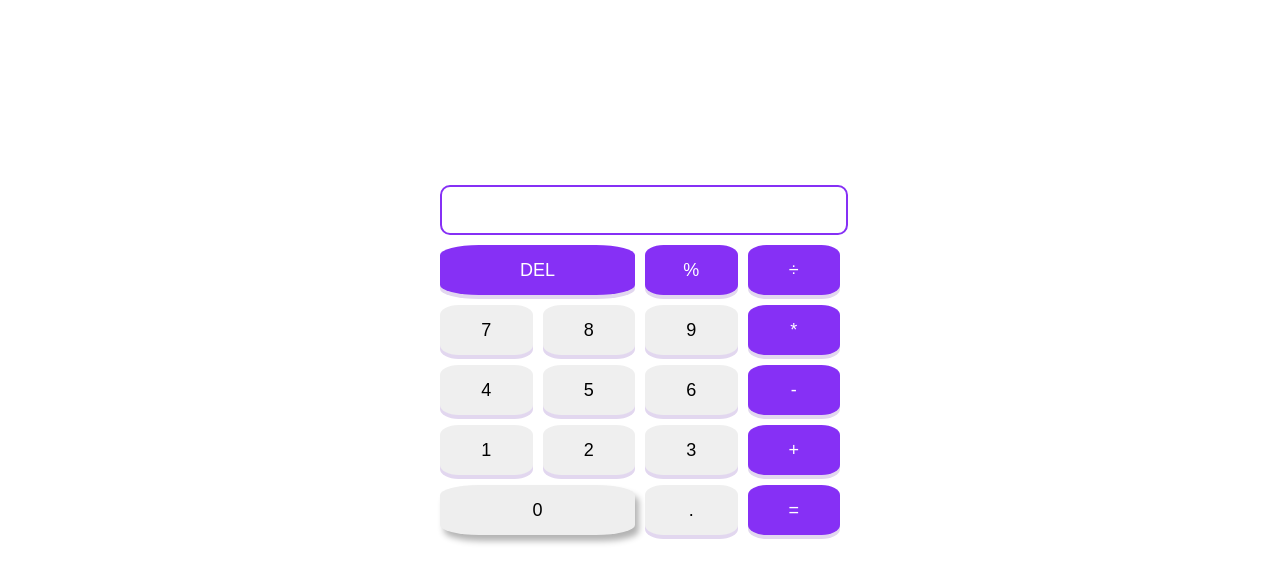
Repository: zlazlazla35/calculator
Page: /
The author's editor kept a copy of each file at every save. The page is drawn from the files as they stood at one save, then again after the next save.
The browser window is 1280 px wide. The pictures show the whole page.
The project was rebuilt for these pictures with package versions that can differ from the ones it lists, and the page was loaded fresh each time.

Above is the page before, as saved 2024-10-15 16:17:28.

### public/index.html
<!DOCTYPE html>
<html lang="en">
  <head>
    <meta charset="utf-8" />
    <link rel="icon" href="%PUBLIC_URL%/favicon.png" />
    <meta name="viewport" content="width=device-width, initial-scale=1" />
    <meta name="theme-color" content="#000000" />
    <meta
      name="description"
      content="Web site created using create-react-app"
    />
    <link rel="apple-touch-icon" href="%PUBLIC_URL%/logo192.png" />
    <!--
      manifest.json provides metadata used when your web app is installed on a
      user's mobile device or desktop. See https://developers.google.com/web/fundamentals/web-app-manifest/
    -->
    <link rel="manifest" href="%PUBLIC_URL%/manifest.json" />
    <!--
      Notice the use of %PUBLIC_URL% in the tags above.
      It will be replaced with the URL of the `public` folder during the build.
      Only files inside the `public` folder can be referenced from the HTML.

      Unlike "/favicon.ico" or "favicon.ico", "%PUBLIC_URL%/favicon.ico" will
      work correctly both with client-side routing and a non-root public URL.
      Learn how to configure a non-root public URL by running `npm run build`.
    -->
    <title>계산기</title>
  </head>
  <body>
    <noscript>You need to enable JavaScript to run this app.</noscript>
    <div id="root"></div>
    <!--
      This HTML file is a template.
      If you open it directly in the browser, you will see an empty page.

      You can add webfonts, meta tags, or analytics to this file.
      The build step will place the bundled scripts into the <body> tag.

      To begin the development, run `npm start` or `yarn start`.
      To create a production bundle, use `npm run build` or `yarn build`.
    -->
  </body>
</html>

### src/App.js
import styled from "styled-components";
import './App.css';
import {  useEffect, useRef, useState } from 'react';

let Calculating = styled.div`
  width : 100%;
  margin : 0 auto;
`

let Btnbox = styled.div`
  width : 100%
  background-color: #fff;
  font-size : 18px;
  border-radius: 35%;
  display: grid;
  grid-template-columns: repeat(4, 1fr);
  gap : 10px 10px;
`

let Btn = styled.button`
  width : 100%;
  background-color: ${ props => props.bg };
  color : ${props =>  props.bg == '#8630f5' ? '#fff' :  '#000'  };
  font-size : 18px;
  border-radius: 20%;
  height : 50px;
  border: none;
  box-shadow:0px 4px 0px #e2d7ef;
  transition-duration: 0.3s;
`

let ZeroBtn = styled.button`
  width : 100%;
  background-color: #eee;
  font-size : 18px;
  border-radius: 20%;
  height : 50px;
  border: none;
  box-shadow: 4px 6px 6px rgba(0, 0, 0, 0.3);
  grid-column: 1/3;
  transition-duration: 0.3s;
`




function App() {

  const [num, setNum] = useState("");
  const [afterNum, setAfterNum] = useState("");

  const [oper, setOper] = useState("");
  const [oper2, setOper2] = useState(false);
  const output = useRef();
  const active = `active`



  const getNum = (e)=>{
    if(oper2 == false){
      setNum( (prev) => prev + e.target.value );
    }

    if(oper2 == true){
      setAfterNum( (prev) => prev + e.target.value  )
    }

  }

  const getOper = (e)=>{
    setOper( () => e.target.value );
    setOper2(true);

      calResult();
      click(e.target )
  }


  const calResult = ()=>{
    switch(oper){
      case '+':
        let result = num
        result =  Number(num) + Number(afterNum)
        setNum(result);
        setAfterNum("")
        break;

      case '-':
        let result2 = num
        result2 =  Number(num) - Number(afterNum)
        setNum(result2)
        setAfterNum("")
        break;

      case '*':
        let result3 = num
        result3 =  Number(num) * Number(afterNum)
        setNum(result3)
        setAfterNum("")
        break;

      case '÷':
        let result4 = num
        result4 =  Number(num) / Number(afterNum)
        setNum(result4)
        setAfterNum("")
        break;

    }

  }


  useEffect(()=>{
    if(oper == "="){
      setOper("")
    }if(oper == "del"){
      setNum("");
      setAfterNum("");
      setOper("");
      setOper2(false);
      output.current.style.color = '#fff'
    }else{
            output.current.style.color = '#232323'
    }
  }, [oper])



  // useEffect(()=>{
  //   console.log(output.current)
  // }, [output])

  function click(a){
    a.classList.add(active);
    // console.log(a.classList.add(active))
  }


  return (
    <div className="App">
      <div className="contents">
        <Calculating>
            <input className="output" ref={output} value={ num + oper  + afterNum  }/>
          <Btnbox>
            {/* <Btn value='ac' onClick={getOper} bg="#8630f5">AC</Btn> */}
            <Btn value='del' style={{gridColumn : '1/3'}} onClick={getOper} bg="#8630f5">DEL</Btn>
            <Btn value='%' onClick={getOper} bg="#8630f5">%</Btn>
            <Btn value='÷' onClick={getOper} bg="#8630f5">÷</Btn>
            <Btn value={7} onClick={getNum}>7</Btn>
            <Btn value={8} onClick={getNum}>8</Btn>
            <Btn value={9} onClick={getNum}>9</Btn>
            <Btn value='*' onClick={getOper}  bg="#8630f5">*</Btn>
            <Btn value={4} onClick={getNum}>4</Btn>
            <Btn value={5} onClick={getNum}>5</Btn>
            <Btn value={6} onClick={getNum}>6</Btn>
            <Btn value='-'  onClick={getOper}  bg="#8630f5">-</Btn>
            <Btn value={1} onClick={getNum}>1</Btn>
            <Btn value={2} onClick={getNum}>2</Btn>
            <Btn value={3} onClick={getNum}>3</Btn>
            <Btn value="+"  onClick={getOper} bg="#8630f5">+</Btn>
            <ZeroBtn value={0} onClick={getNum}>0</ZeroBtn>
            <Btn value='.' onClick={getNum}>.</Btn>
            <Btn value='='  onClick={getOper} bg="#8630f5"> =</Btn>
          </Btnbox>
        </Calculating>
      </div>
    </div>
  );
}

export default App;

// 버튼 클릭시 그 버튼한테 active 클레스명 잠깐 붙였다가 떼어주기

### src/App.css
.App {
  text-align: center;
}

.App-logo {
  height: 40vmin;
  pointer-events: none;
}

@media (prefers-reduced-motion: no-preference) {
  .App-logo {
    animation: App-logo-spin infinite 20s linear;
  }
}

.App-header {
  background-color: #282c34;
  min-height: 100vh;
  display: flex;
  flex-direction: column;
  align-items: center;
  justify-content: center;
  font-size: calc(10px + 2vmin);
  color: white;
}

.App-link {
  color: #61dafb;
}

@keyframes App-logo-spin {
  from {
    transform: rotate(0deg);
  }
  to {
    transform: rotate(360deg);
  }
}
.App {width: 100%; height: 100vh; display: flex; align-items: center; justify-content: center;}
.contents {width: 100%; max-width: 400px; }
input {width: 100%; height: 44px; margin-bottom: 10px; border: 2px solid #8630f5; border-radius: 10px;}
input:focus {outline: #8630f5; }
.active {   box-shadow: 2px 2px 0 rgb(0,0,0,0.5) !important;
  position: relative;
  top:2px;
}

Loaded but not shown: src/index.js (common file); src/index.css (common file); src/reportWebVitals.js (common file)

After the next save:
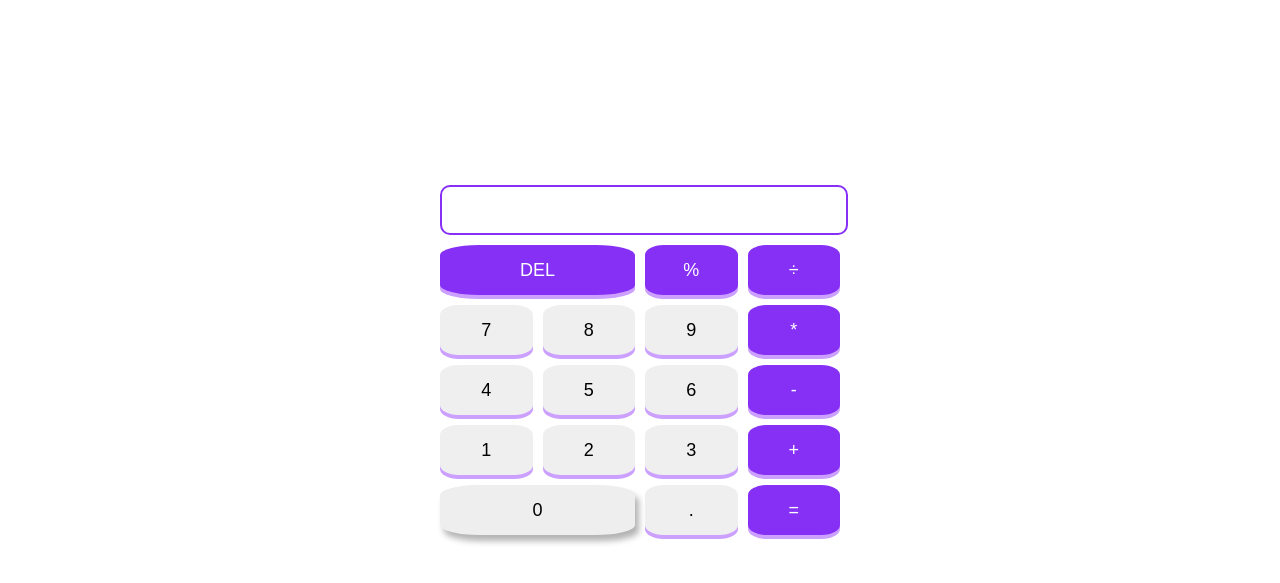
Saved 20 s later.
--- a/src/App.js
+++ b/src/App.js
@@ -25,7 +25,7 @@ let Btn = styled.button`
   border-radius: 20%;
   height : 50px;
   border: none;
-  box-shadow:0px 4px 0px #e2d7ef;
+  box-shadow:0px 4px 0px #cca0ff;
   transition-duration: 0.3s;
 `
 
